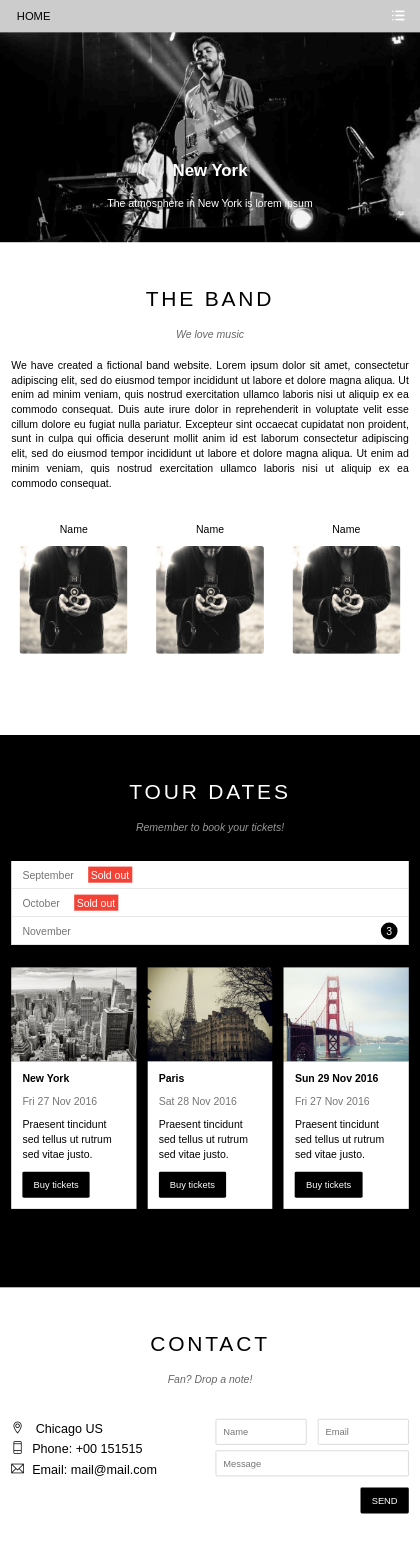
Repository: Phunobita/The-band-w3school
Page: index.html
An editor plug-in stored every save of this project. The page is shown before and after the next save, followed by the edit.
The browser window is 600 px wide. The pictures show the part of the page from y = 0 to 2240 px (the page is 2805 px tall), at 70% of full size.

Above is the page before, as saved 2021-12-03 22:16:20.

After the next save:
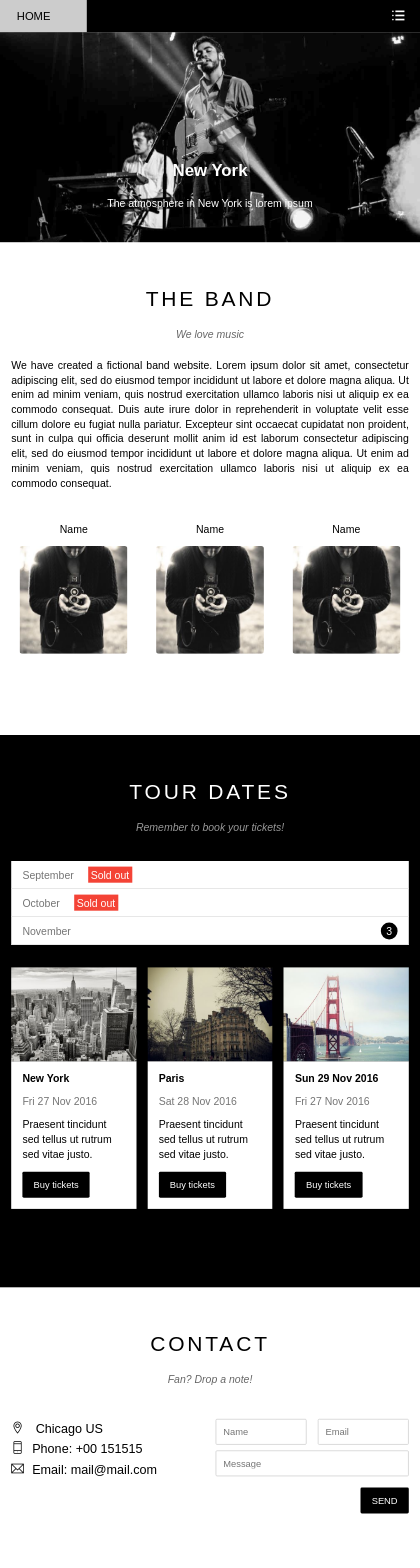
Saved 2 min 19 s later.
--- a/assets/css/responsive.css
+++ b/assets/css/responsive.css
@@ -11,6 +11,9 @@
   #nav {
     display: block;
   }
+  #nav:first-child {
+    display: inline-block;
+  }
   #header .mobile-menu-btn {
     display: block;
   }
